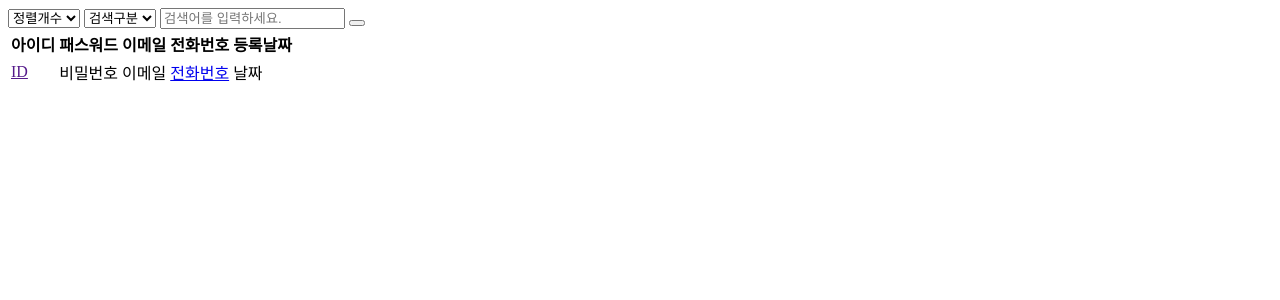
Repository: pjkm00/spring
Page: http://localhost/sp_board/WEB-INF/views/member/list.jsp
These files come from the project's save history. The page is drawn as it stood at one moment and after the next save; the edit follows.
The browser window is 1280 px wide. The pictures show the whole page.
The page is served by Tomcat 9. Nobody is signed in. Other server files are loaded and not shown. The template is opened directly, without the code that normally fills it, so the values that code supplies are empty.

Above is the page before, as saved 2023-06-15 06:25:31.

### sp_board/src/main/webapp/WEB-INF/views/member/list.jsp
<%@ page language="java" contentType="text/html; charset=UTF-8"
    pageEncoding="UTF-8"%>
<%@ page trimDirectiveWhitespaces="true" %>
<%@ taglib prefix="c" uri="http://java.sun.com/jsp/jstl/core" %>


<body>
	<div class="content-wrapper">

	    <!-- Main content -->
    	<section class="content">
    	  <div class="card">
    	  	<div class="card-header with-border">
    	  		<div id="keyword" class="card-tools" style="width:550px;">
				  <div class="input-group row">
				  <!-- sort num -->
				 	<select class="form-control col-md-3" name="perPageNum" id="perPageNum">
				 		<option value="10">정렬개수</option>
				 		<option value="2">2개씩</option>
				 		<option value="3">3개씩</option>
				 		<option value="5">5개씩</option>
				 	</select>
				 <!-- search bar -->
				 	<select class="form-control col-md-3" name="searchType" id="searchType">
				 		<option value="">검색구분</option>
				 		<option value="i">아이디</option>
				 		<option value="p">전화번호</option>
				 		<option value="e">이메일</option>
				 	</select>
				 	<input class="form-control" type="text" name="keyword" placeholder="검색어를 입력하세요." value="" />
				 	<span class="input-group-append">
				 		<button class="btn btn-primary" type="button" id="searchBtn" data--card-widget="search" onclick="">
				 			<i class="fa fa-fw fa-search"></i>
				 		</button>

				 	</span>
					<!-- end : search bar -->

				  </div>
				 </div>
    	  	</div>
    		<div class="card-body" style="text-align:center;">
    		  <div class="row">
	             <div class="col-sm-12">
		    		<table class="table table-bordered">
		    			<tr>
		                	<th>아이디</th>
		                	<th>패스워드</th>
		                	<th>이메일</th>
		                	<th>전화번호</th>
		                	<th>등록날짜</th> <!-- yyyy-MM-dd  -->
		               	</tr>

		               	<tr>
		               		<td>
		               			<a href="">ID</a>

		               		</td>
		               		<td>
		               			비밀번호
		               		</td>
		               		<td>
		               			이메일
		               		</td>
		               		<td>
		               			<a href="tel:010-1234-5678">전화번호</a>
		               		</td>
		               		<td>
		               			날짜
		               		</td>
		               	</tr>
		    		</table>
    		   </div> <!-- col-sm-12 -->
    		 </div> <!-- row -->
    		</div> <!-- card-body -->
    		<div class="card-footer">

          </div> <!-- cardfooter  -->
          </div> <!-- card  -->
    	</section>
   </div>
<script>

</script>

</body>

### sp_board/src/main/webapp/WEB-INF/views/content_header.jsp
<%@ page language="java" contentType="text/html; charset=UTF-8"
    pageEncoding="UTF-8"%>
<%@ page trimDirectiveWhitespaces="true" %>

<section class="content-header">
	<div class="container-fluid">
		<div class="row md-2">
			<div class="col-sm-6">
				<h1>${param.subject}</h1>
			</div>
			<div class="col-sm-6">
				<ol class="breadcrumb float-sm-right">
					<li class="breadcrumb-item">
						<a href="#">
							<i class="fa fa-dashboard"></i>${param.subject}
						</a>
					</li>
					<li class="breadcrumb-item active">
						${param.item}
					</li>
				</ol>
			</div>
		</div>
	</div>
</section>

After the next save:
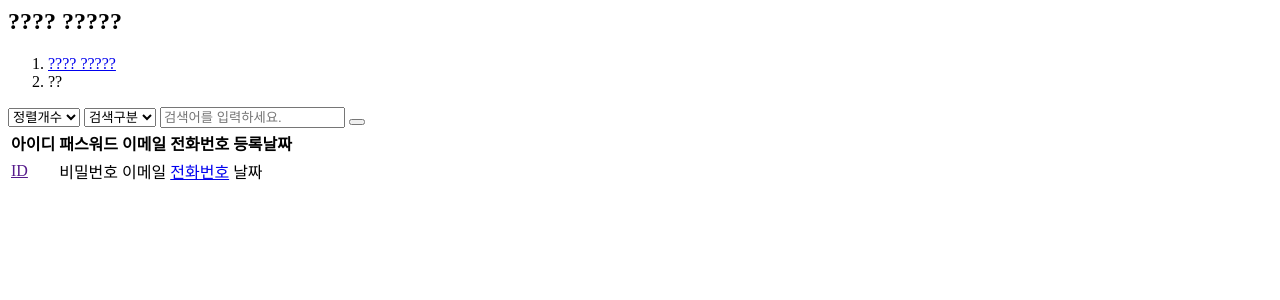
Saved 4 min 18 s later.
--- a/sp_board/src/main/webapp/WEB-INF/views/member/list.jsp
+++ b/sp_board/src/main/webapp/WEB-INF/views/member/list.jsp
@@ -3,9 +3,11 @@
 <%@ page trimDirectiveWhitespaces="true" %>
 <%@ taglib prefix="c" uri="http://java.sun.com/jsp/jstl/core" %>
 
-
-<body>
 	<div class="content-wrapper">
+	<jsp:include page="../content_header.jsp">
+		<jsp:param value="회원관리 메인페이지" name="subject"/>
+		<jsp:param value="목록" name="item"/>
+	</jsp:include>
 
 	    <!-- Main content -->
     	<section class="content">
@@ -82,5 +84,3 @@
 <script>
 
 </script>
-
-</body>
